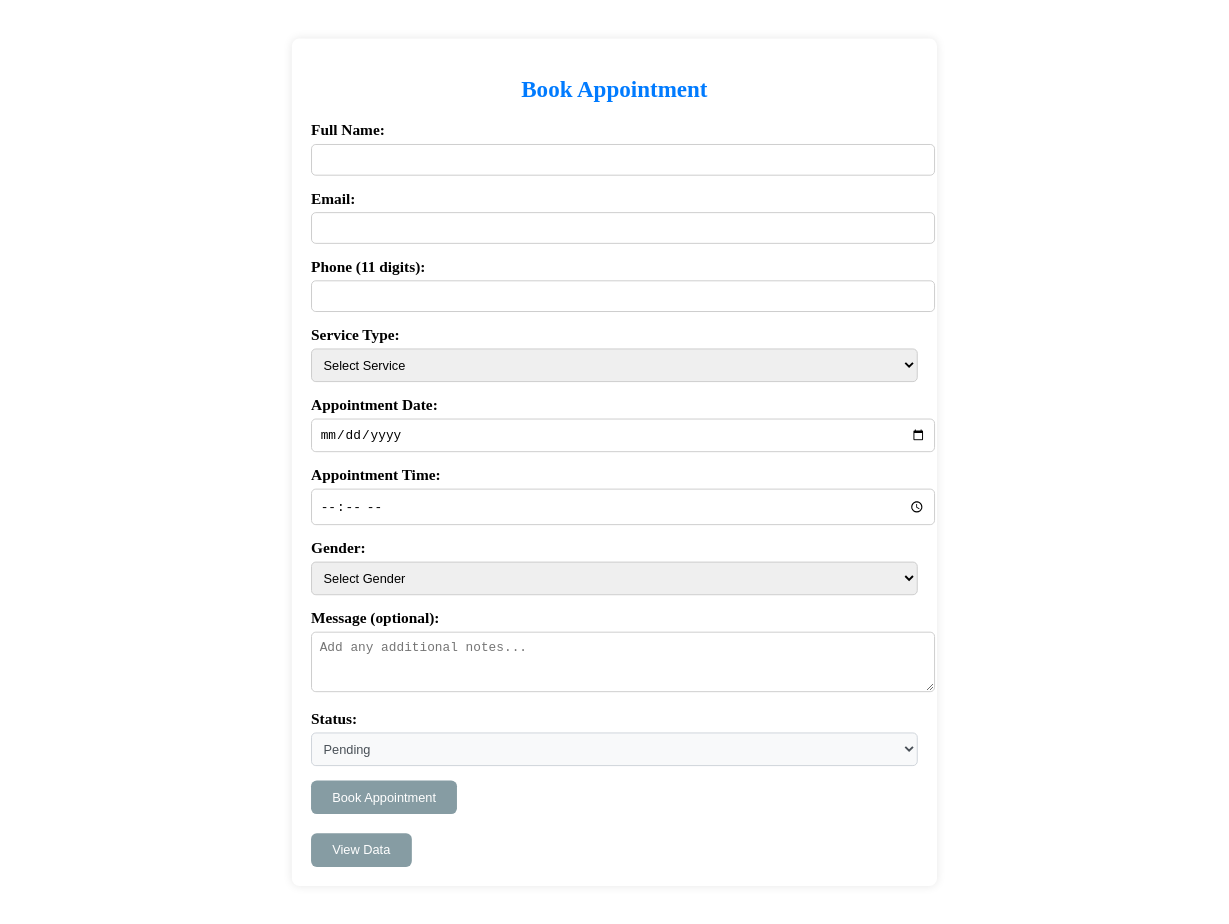
Repository: Arisha004/Hospital-Appointment-Management-System
Page: http://localhost/
These files come from the project's save history. The page is drawn as it stood at one moment and after the next save; the edit follows.
The browser window is 1280 px wide. The pictures show the whole page, at 96% of full size.
The page is run by PHP 8.4 with error messages shown; the project is at /var/www/html/.

Above is the page before, as saved 2025-10-24 14:32:46.

After the next save:
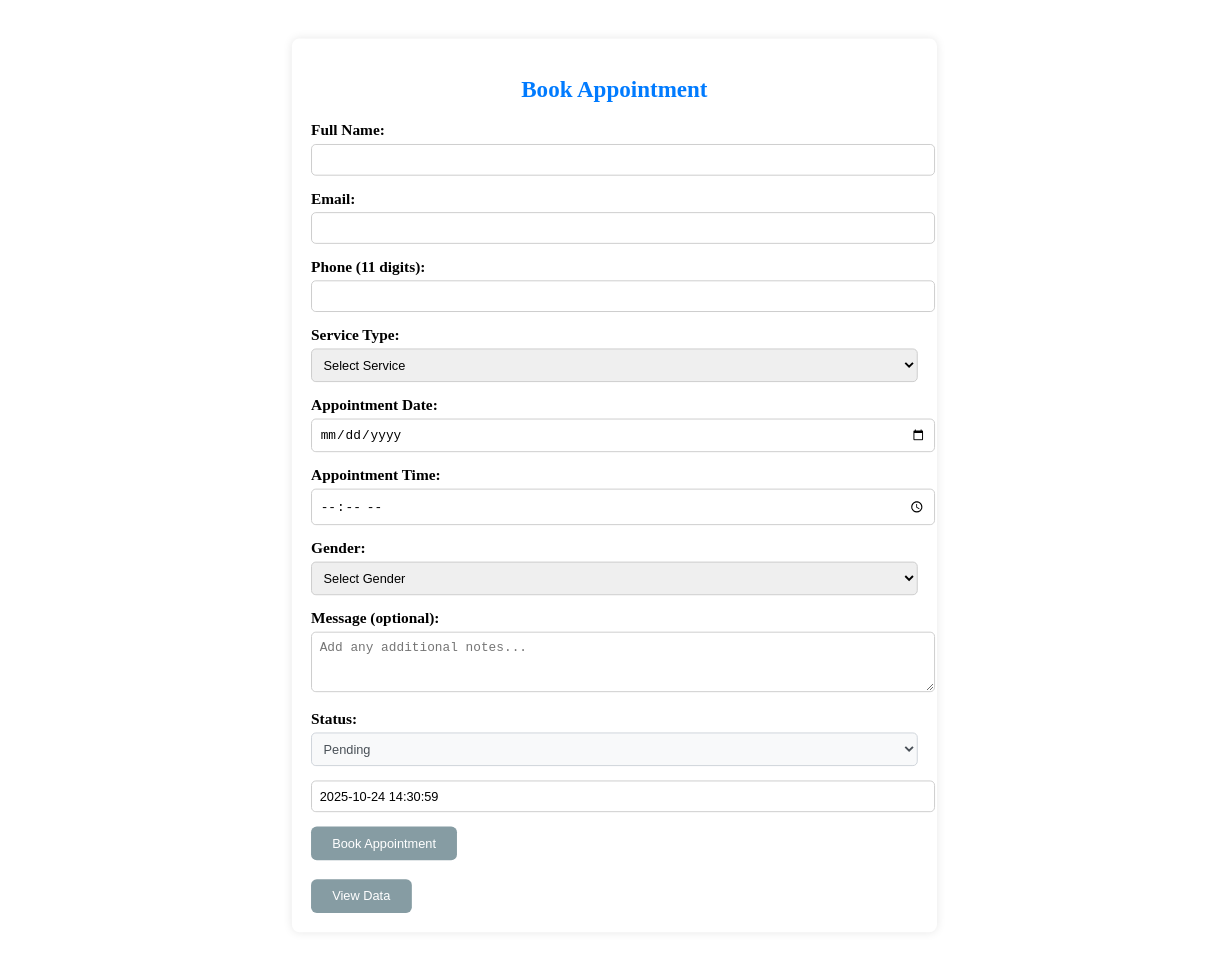
Saved 18 s later.
--- a/index.php
+++ b/index.php
@@ -56,7 +56,7 @@
       <option value="Completed">Completed</option>
     </select>
 
-    <input type="hidden" name="created_at" value="<?php echo date('Y-m-d H:i:s'); ?>">
+    <input  name="created_at" value="<?php echo date('Y-m-d H:i:s'); ?>">
 
     <button type="submit" name="submit"> Book Appointment</button>
   </form>

After the save that followed:
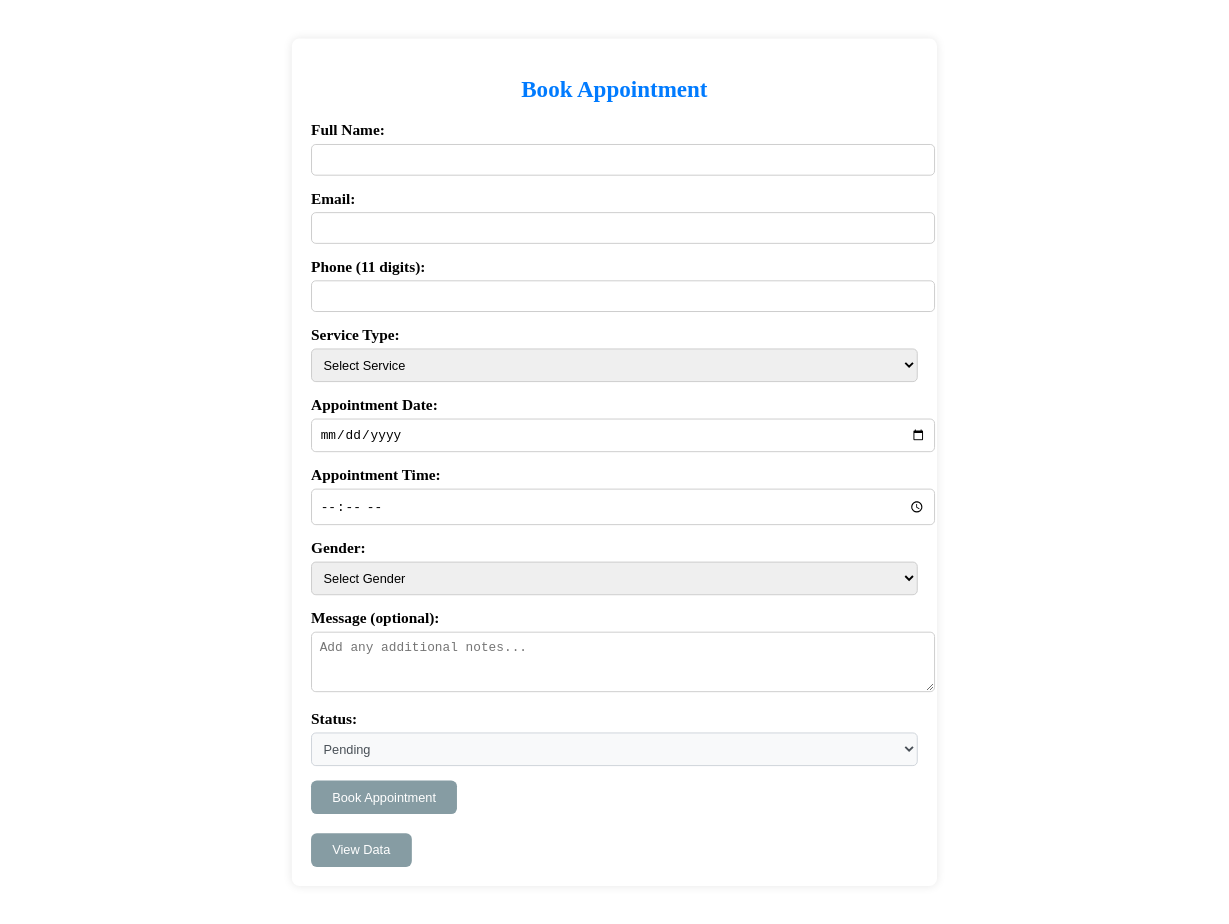
Saved 7 s later.
--- a/index.php
+++ b/index.php
@@ -56,7 +56,7 @@
       <option value="Completed">Completed</option>
     </select>
 
-    <input  name="created_at" value="<?php echo date('Y-m-d H:i:s'); ?>">
+    <input type="hidden" name="created_at" value="<?php echo date('Y-m-d H:i:s'); ?>">
 
     <button type="submit" name="submit"> Book Appointment</button>
   </form>
